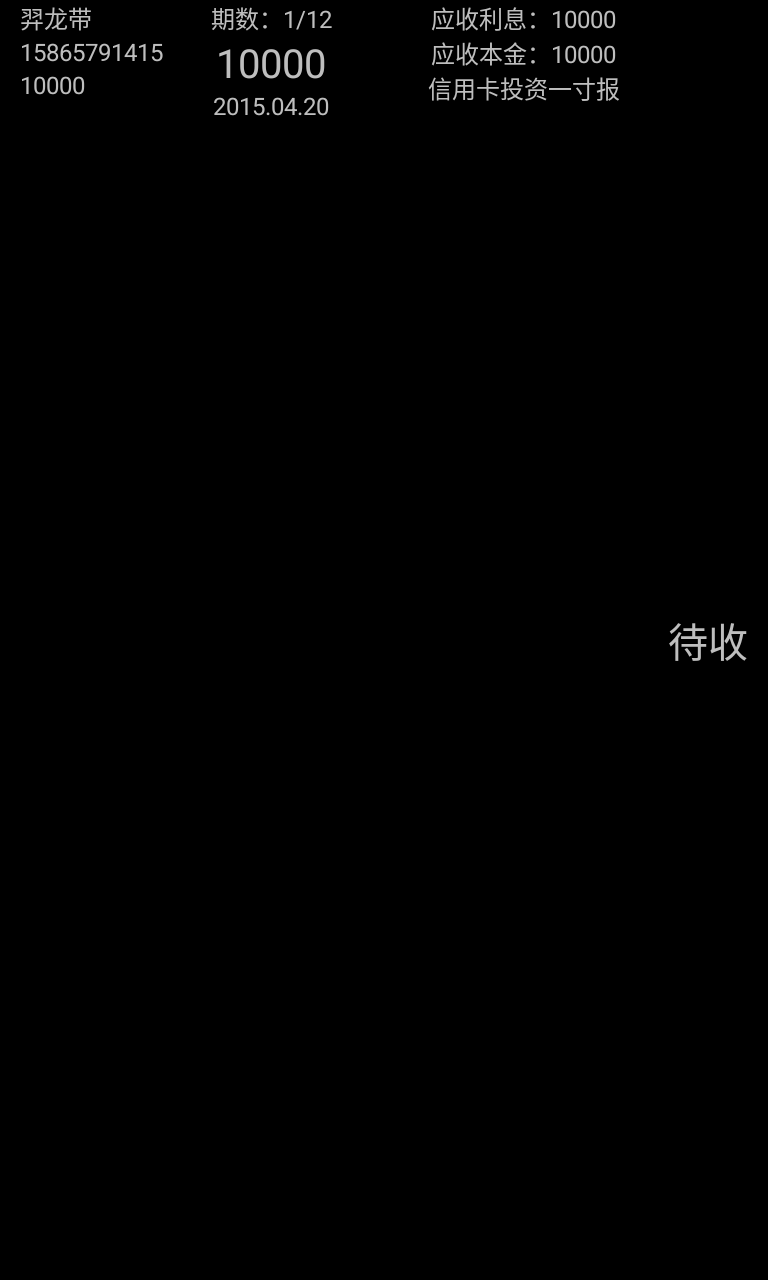
Repository: gongxinge/money-android
Layout: P2P/res/layout/billdetaillistitem.xml
An editor plug-in stored every save of this project. The layout is shown before and after the next save, followed by the edit.
It is drawn on a 768 x 1280 px phone screen (xhdpi) without system bars, with theme android:Theme.Holo; the app's code is not run.

Above is the layout before, as saved 2015-06-01 15:22:25.

### P2P/res/layout/billdetaillistitem.xml
<?xml version="1.0" encoding="utf-8"?>
<LinearLayout xmlns:android="http://schemas.android.com/apk/res/android"
    android:layout_width="match_parent"
    android:layout_height="match_parent"
    android:orientation="horizontal" >

    <LinearLayout
        android:id="@+id/llCenter"
        android:layout_width="wrap_content"
        android:layout_height="wrap_content"
        android:layout_marginLeft="10dp"
        android:orientation="vertical">"

        <TextView
            android:id="@+id/tvSiteName"
            android:layout_width="wrap_content"
            android:layout_height="wrap_content"
            android:text="羿龙带"
            android:textSize="12dp" />

        <TextView
            android:id="@+id/tvSiteUserName"
            android:layout_width="wrap_content"
            android:layout_height="wrap_content"
            android:text="15865791415"
            android:textSize="12dp" />

        <TextView
            android:id="@+id/tvTotalMoney"
            android:layout_width="wrap_content"
            android:layout_height="wrap_content"
            android:text="10000"
            android:textSize="12dp" />
    </LinearLayout>

    <LinearLayout
        android:id="@+id/llLeft"
        android:layout_width="wrap_content"
        android:layout_height="wrap_content"
        android:layout_weight="1"
        android:orientation="vertical" >

        <TextView
            android:id="@+id/tvPeriods"
            android:layout_width="wrap_content"
            android:layout_height="wrap_content"
            android:layout_gravity="center_horizontal"
            android:text="期数：1/12"
            android:textSize="12dp" />

        <TextView
            android:id="@+id/tvRecAll"
            android:layout_width="wrap_content"
            android:layout_height="wrap_content"
            android:layout_gravity="center_horizontal"
            android:text="10000"
            android:textSize="20dp" />

        <TextView
            android:id="@+id/tvRecDate"
            android:layout_width="wrap_content"
            android:layout_height="wrap_content"
            android:layout_gravity="center_horizontal"
            android:text="2015.04.20"
            android:textSize="12dp" />
    </LinearLayout>

    <LinearLayout
        android:id="@+id/llRight"
        android:layout_width="wrap_content"
        android:layout_height="wrap_content"
        android:layout_weight="1"
        android:orientation="vertical" >

        <TextView
            android:id="@+id/tvRecBenJin"
            android:layout_width="wrap_content"
            android:layout_height="wrap_content"
            android:layout_gravity="center_horizontal"
            android:text="应收利息：10000"
            android:textSize="12dp" />

        <TextView
            android:id="@+id/tvRecLiXi"
            android:layout_width="wrap_content"
            android:layout_height="wrap_content"
            android:layout_gravity="center_horizontal"
            android:text="应收本金：10000"
            android:textSize="12dp" />

        <TextView
            android:id="@+id/tvRemark"
            android:layout_width="wrap_content"
            android:layout_height="wrap_content"
            android:layout_gravity="center_horizontal"
            android:text="信用卡投资一寸报"
            android:textSize="12dp" />
    </LinearLayout>

    <LinearLayout
        android:id="@+id/linearLayout1"
        android:layout_width="wrap_content"
        android:layout_height="wrap_content"
        android:layout_gravity="center_vertical"
        android:layout_marginRight="10dp"
        android:orientation="vertical" >

        <TextView
            android:id="@+id/tvState"
            android:layout_width="wrap_content"
            android:layout_height="wrap_content"
            android:layout_gravity="center_horizontal"
            android:text="待收"
            android:textSize="20dp" />
    </LinearLayout>

</LinearLayout>

After the next save:
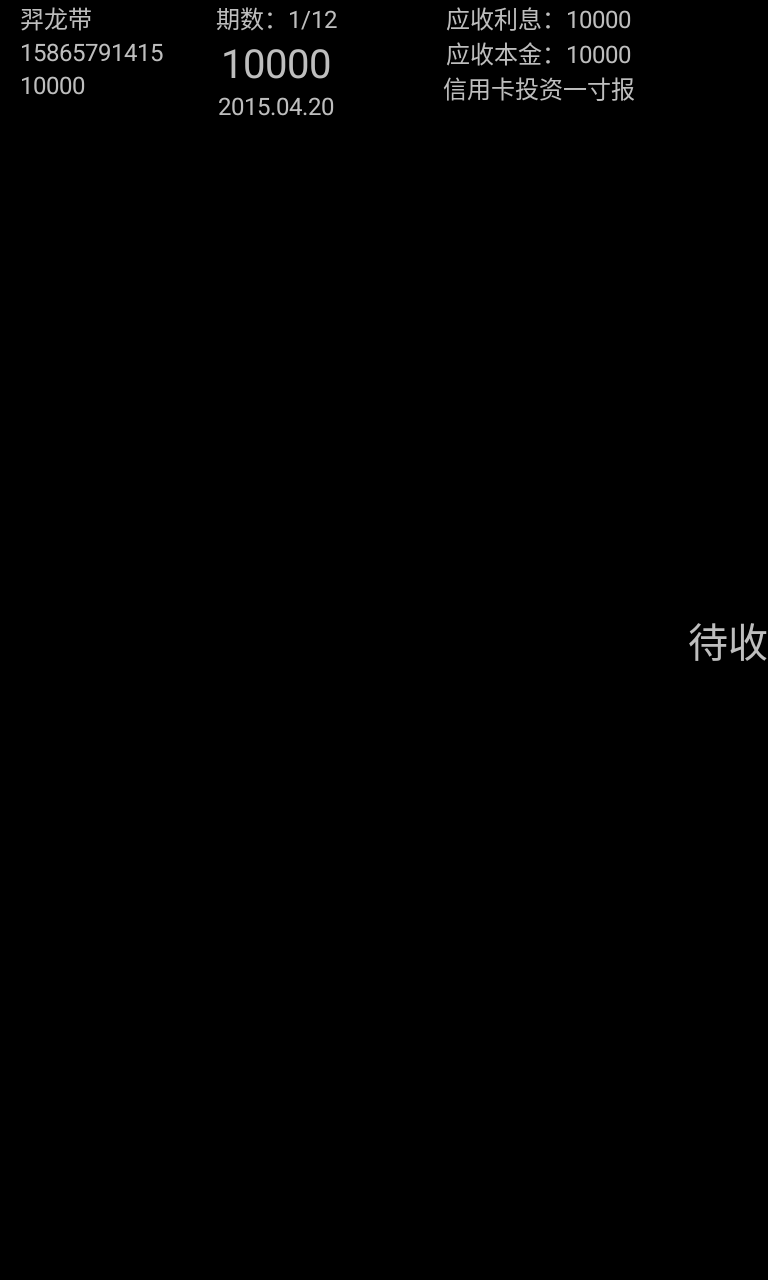
Saved 3 min 34 s later.
--- a/P2P/res/layout/billdetaillistitem.xml
+++ b/P2P/res/layout/billdetaillistitem.xml
@@ -102,7 +102,6 @@
         android:layout_width="wrap_content"
         android:layout_height="wrap_content"
         android:layout_gravity="center_vertical"
-        android:layout_marginRight="10dp"
         android:orientation="vertical" >
 
         <TextView
